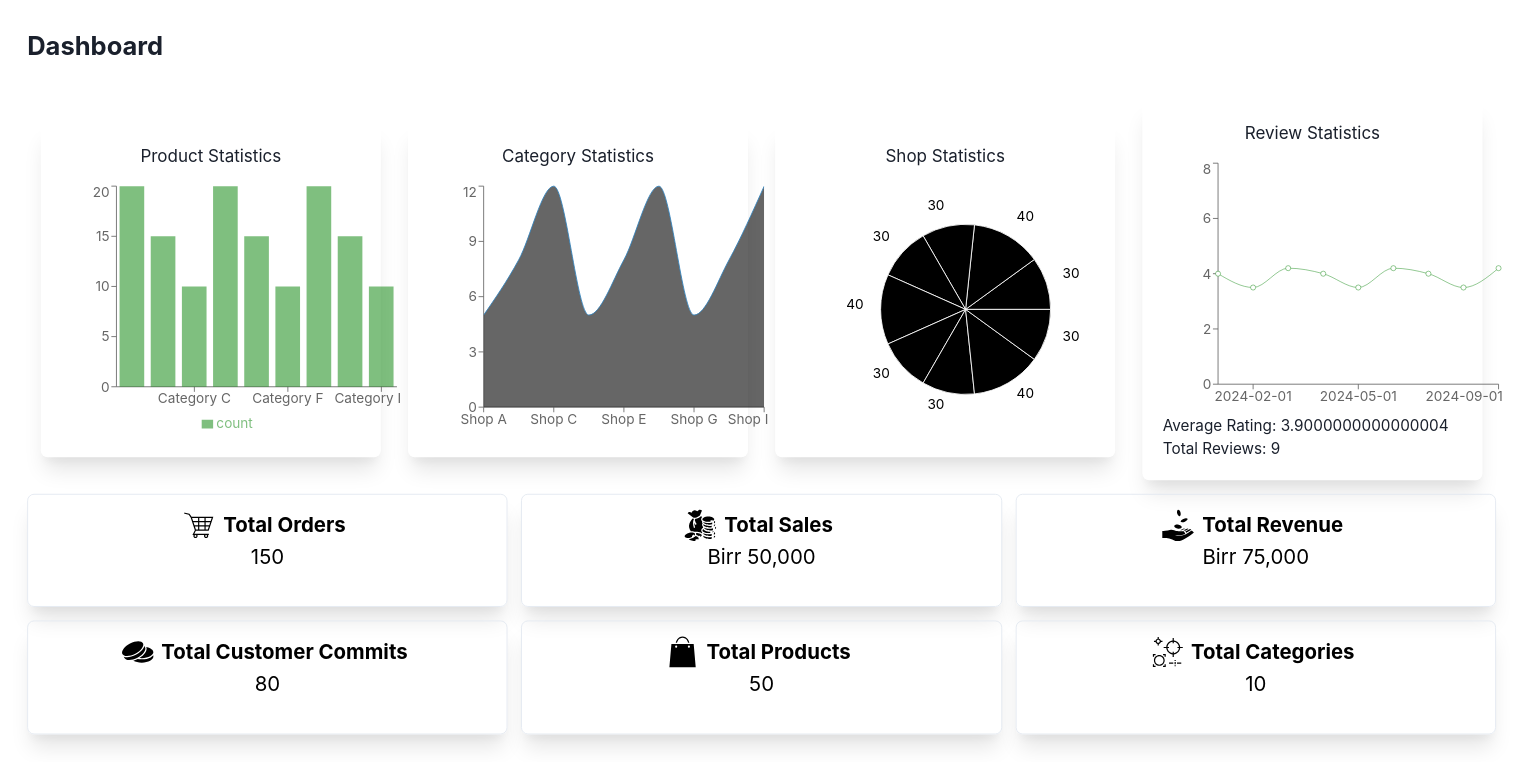
Repository: Andarg01/chakra-dashboard
Page: /
The author's editor kept a copy of each file at every save. The page is drawn from the files as they stood at one save, then again after the next save.
The browser window is 1280 px wide. The page is 1792 px wide, so the pictures cover 1792 px, including what lies to the right of the window. The pictures show the whole page, at 85% of full size.
The project was rebuilt for these pictures with package versions that can differ from the ones it lists, and the page was loaded fresh each time. Also part of the build but not shown: src/components/ProductModal.tsx, src/components/ProductTable.tsx, src/pages/ProductList.tsx, src/components/AnalyticalCard.tsx, src/components/Statics.tsx, src/pages/Analytics.tsx.

Above is the page before, as saved 2024-03-14 00:38:32.

After the next save:
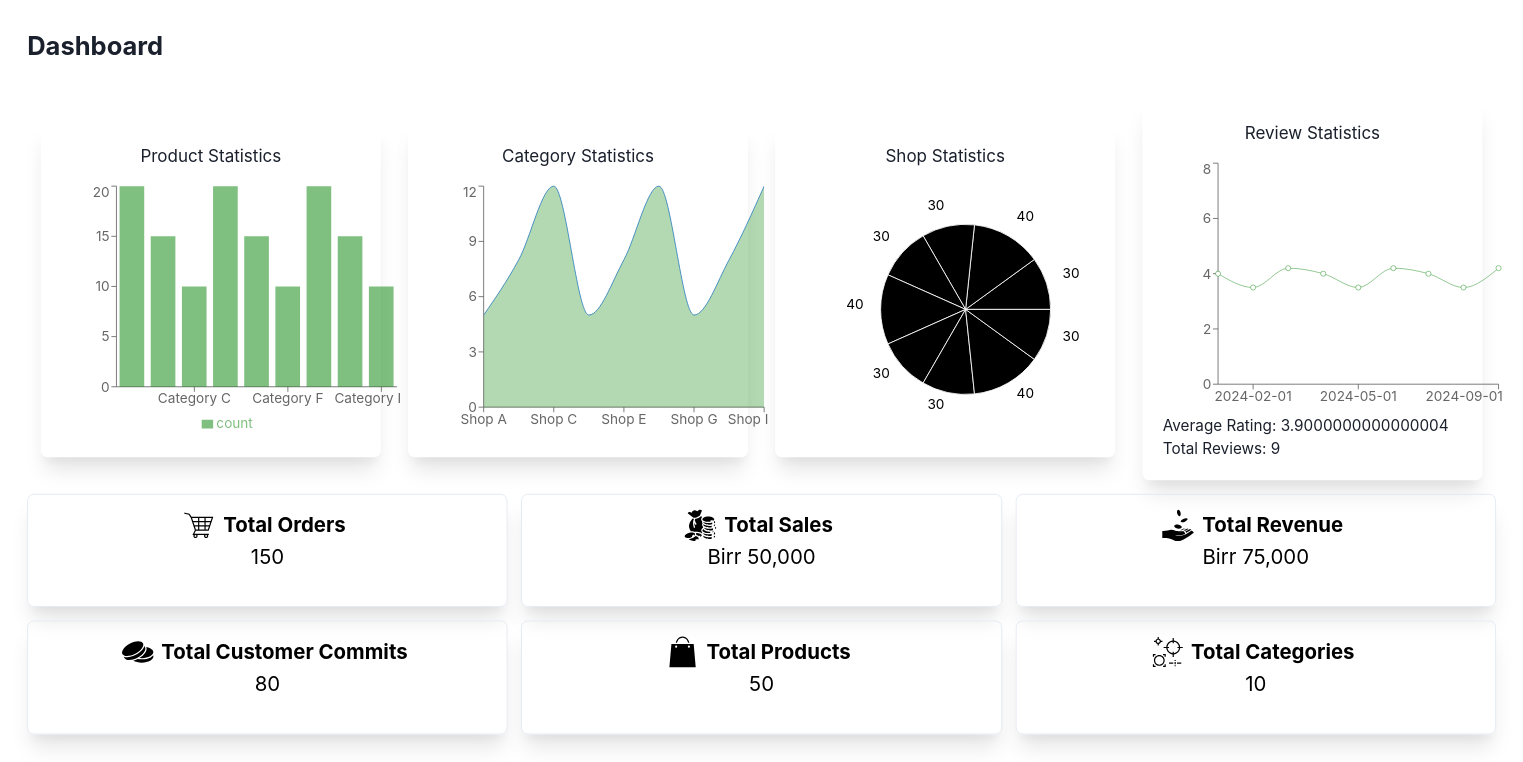
Saved 73 s later.
--- a/src/components/StatisticsPage.tsx
+++ b/src/components/StatisticsPage.tsx
@@ -117,7 +117,7 @@ const StatisticsPage: React.FC = () => {
           <XAxis dataKey="shop" />
           <YAxis />
           <Tooltip />
-          <Area type="monotone" dataKey="count" fill="##00800080" />
+          <Area type="monotone" dataKey="count" fill="#00800080" />
         </AreaChart>
       </Box>
 
